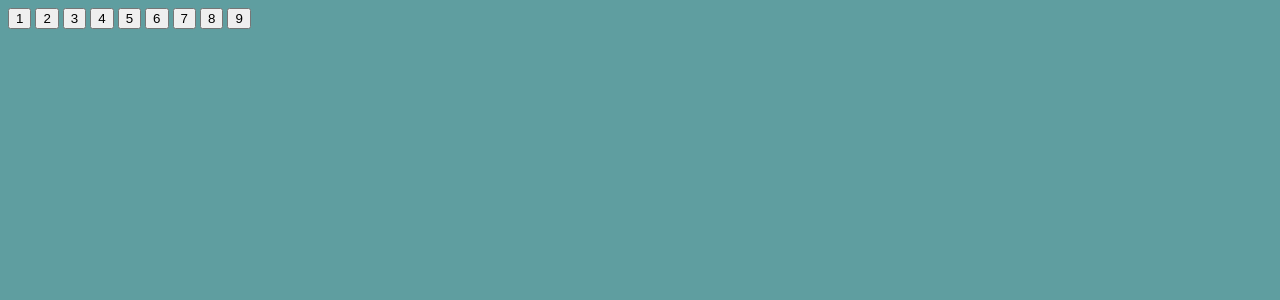
Repository: jontslater/LAB-calculator2
Page: index.html
These files come from the project's save history. The page is drawn as it stood at one moment and after the next save; the edit follows.
The browser window is 1280 px wide. The pictures show the whole page.

Above is the page before, as saved 2023-10-10 20:44:13.

After the next save:
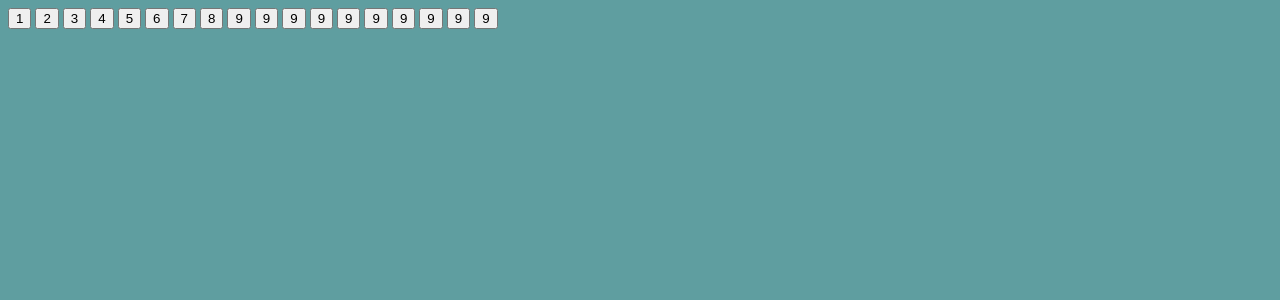
Saved 2 min 27 s later.
--- a/index.html
+++ b/index.html
@@ -17,6 +17,15 @@
 <button type="button">7</button>
 <button type="button">8</button>
 <button type="button">9</button>
+<button type="button">9</button>
+<button type="button">9</button>
+<button type="button">9</button>
+<button type="button">9</button>
+<button type="button">9</button>
+<button type="button">9</button>
+<button type="button">9</button>
+<button type="button">9</button>
+<button type="button">9</button>
 
 </body>
 </html>
